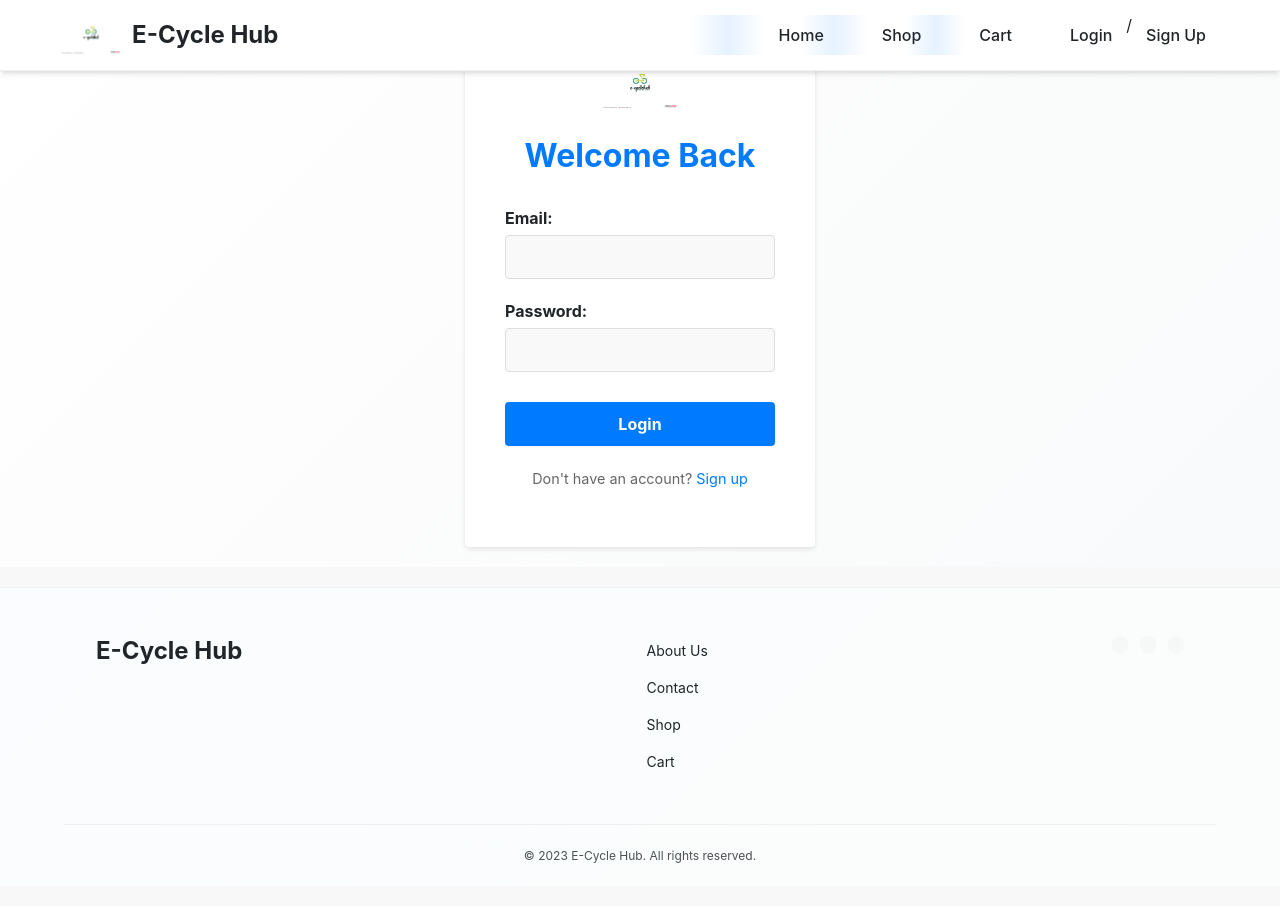
Repository: Rutuja-g/E-Cycle-Hub
Page: public/login.html
An editor plug-in stored every save of this project. The page is shown before and after the next save, followed by the edit.
The browser window is 1280 px wide. The pictures show the whole page.

Above is the page before, as saved 2025-10-25 20:44:57.

After the next save:
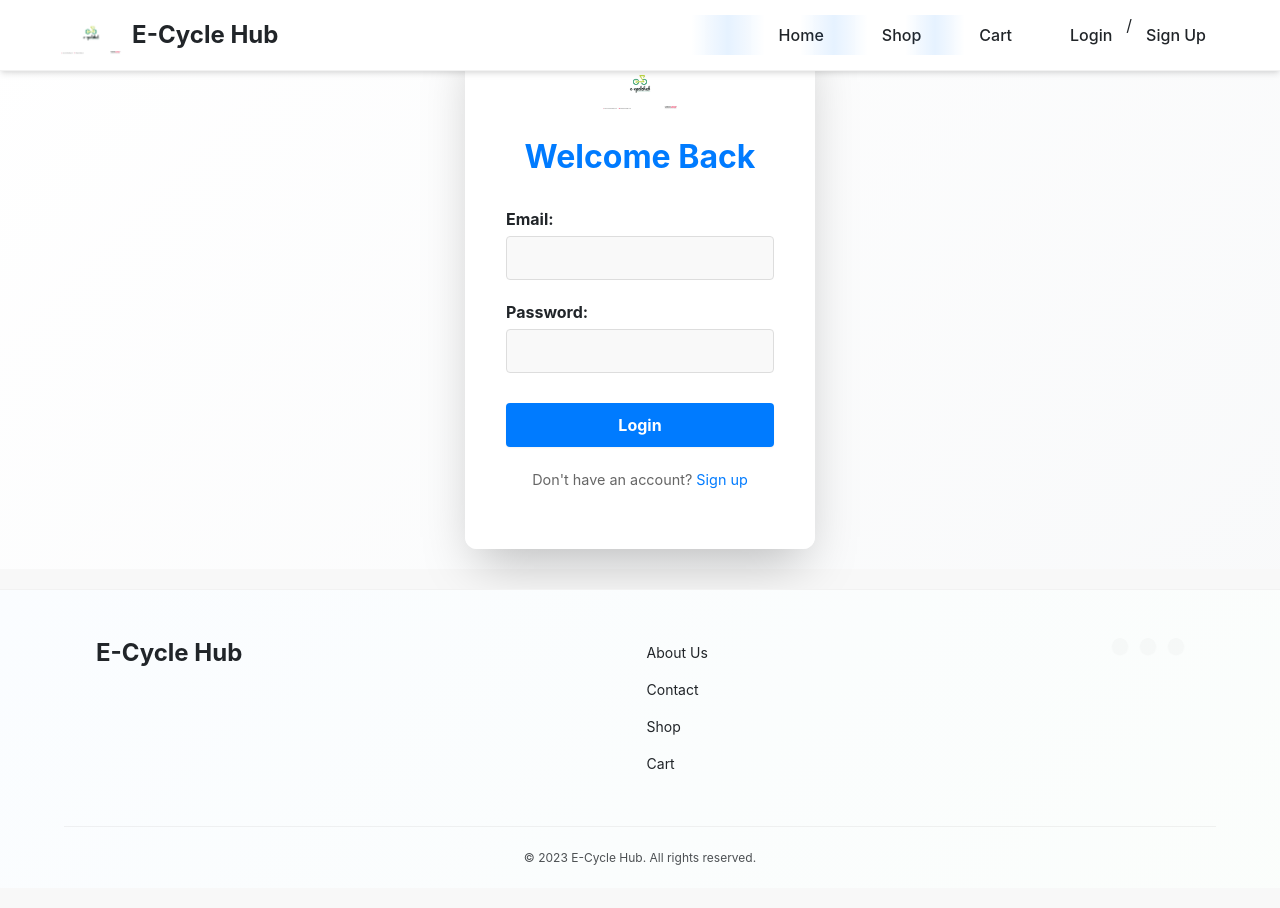
Saved 8 s later.
--- a/public/css/auth.css
+++ b/public/css/auth.css
@@ -29,13 +29,41 @@ main {
 
 .login-form,
 .signup-form {
-  background: white;
+  background: rgba(255, 255, 255, 0.95);
+  backdrop-filter: blur(20px);
   padding: 40px;
-  border-radius: var(--border-radius, 5px);
-  box-shadow: var(--box-shadow, 0 2px 5px rgba(0, 0, 0, 0.1));
+  border-radius: var(--border-radius-xl);
+  box-shadow: var(--shadow-2xl);
+  border: 1px solid rgba(255, 255, 255, 0.2);
   width: 100%;
   max-width: 350px;
   text-align: center;
+  animation: slideUp 0.8s ease-out;
+  position: relative;
+  overflow: hidden;
+}
+
+.login-form::before,
+.signup-form::before {
+  content: "";
+  position: absolute;
+  top: 0;
+  left: -100%;
+  width: 100%;
+  height: 100%;
+  background: linear-gradient(
+    90deg,
+    transparent,
+    rgba(0, 123, 255, 0.05),
+    transparent
+  );
+  transition: left 0.8s ease;
+  z-index: -1;
+}
+
+.login-form:hover::before,
+.signup-form:hover::before {
+  left: 100%;
 }
 
 .login-form h2,
